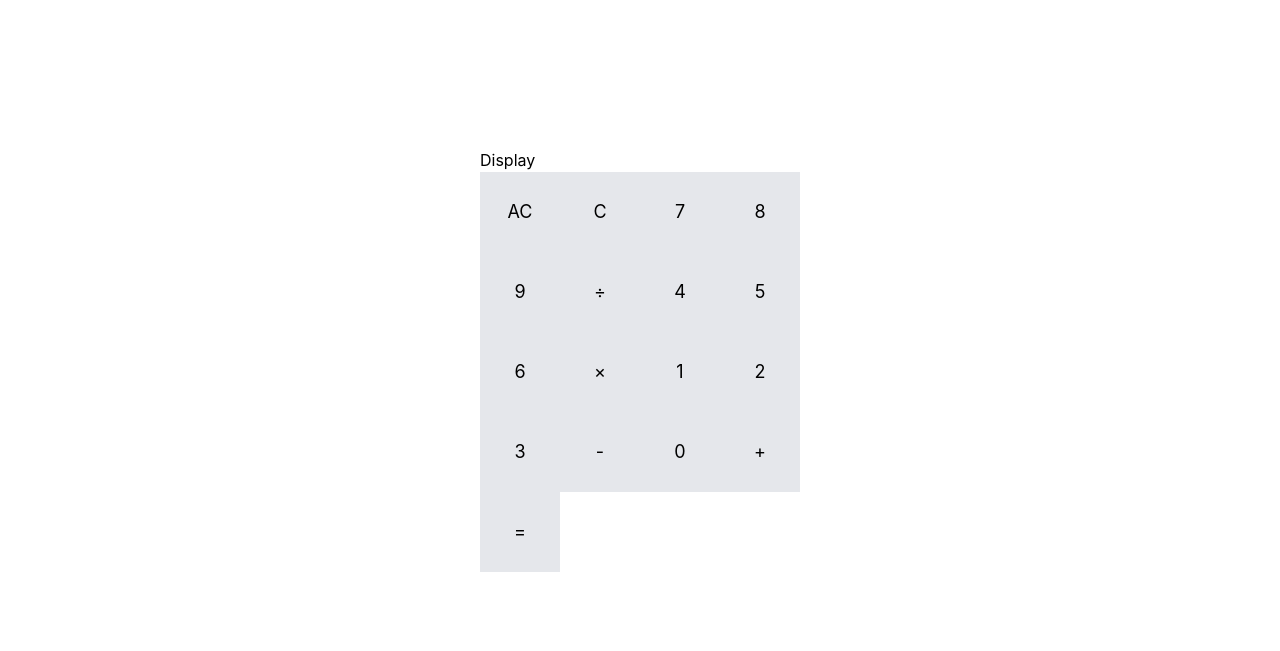
Repository: BrianPhamDev/calculator_app
Page: /
These files come from the project's save history. The page is drawn as it stood at one moment and after the next save; the edit follows.
The browser window is 1280 px wide. The pictures show the whole page.
The project was rebuilt for these pictures with package versions that can differ from the ones it lists, and the page was loaded fresh each time. Also part of the build but not shown: vite.config.js.

Above is the page before, as saved 2024-01-09 14:19:48.

### src/App.jsx
import Calculator from "./components/Calculator";

function App() {
  return (
    <>
      <div className="flex items-center justify-center w-screen h-screen">
        <Calculator></Calculator>
      </div>
    </>
  );
}

export default App;

### src/components/Calculator.jsx
import { calculatorButtons } from "../globals/calculator-button-data";

const Calculator = () => {
  return (
    <div className="">
      <h1>Display</h1>
      <div className="grid grid-cols-4">
        {calculatorButtons.map((button) => {
          return (
            <div
              key={button.className}
              className={`bg-gray-200 flex items-center justify-center w-20 h-20 hover:bg-slate-300 text-lg`}
            >
              {button.text}
            </div>
          );
        })}
      </div>
    </div>
  );
};

export default Calculator;

### src/globals/calculator-button-data.js
export const calculatorButtons = [
  {
    type: "clear",
    className: "ac",
    text: "AC",
    value: "All Clear",
  },
  {
    type: "clear",
    className: "c",
    text: "C",
    value: "Clear",
  },
  {
    type: "number",
    className: "seven",
    text: 7,
    value: 7,
  },
  {
    type: "number",
    className: "eight",
    text: 8,
    value: 8,
  },
  {
    type: "number",
    className: "nine",
    text: 9,
    value: 9,
  },
  {
    type: "operator",
    className: "divide",
    text: "\u00f7",
    value: "Divide",
  },
  {
    type: "number",
    className: "four",
    text: 4,
    value: 4,
  },
  {
    type: "number",
    className: "five",
    text: 5,
    value: 5,
  },
  {
    type: "number",
    className: "six",
    text: 6,
    value: 6,
  },
  {
    type: "operator",
    className: "multiply",
    text: "\u00d7",
    value: "Multiply",
  },
  {
    type: "number",
    className: "one",
    text: 1,
    value: 1,
  },
  {
    type: "number",
    className: "two",
    text: 2,
    value: 2,
  },
  {
    type: "number",
    className: "three",
    text: 3,
    value: 3,
  },
  {
    type: "operator",
    className: "subtract",
    text: "-",
    value: "Subtract",
  },
  {
    type: "number",
    className: "zero",
    text: 0,
    value: 0,
  },
  {
    type: "operator",
    className: "add",
    text: "+",
    value: "Add",
  },
  {
    type: "enter",
    className: "equal",
    text: "=",
    value: "Equal",
  },
];

Loaded but not shown: index.html (common file); src/main.jsx (common file); src/index.css (common file); tailwind.config.js (common file)

After the next save:
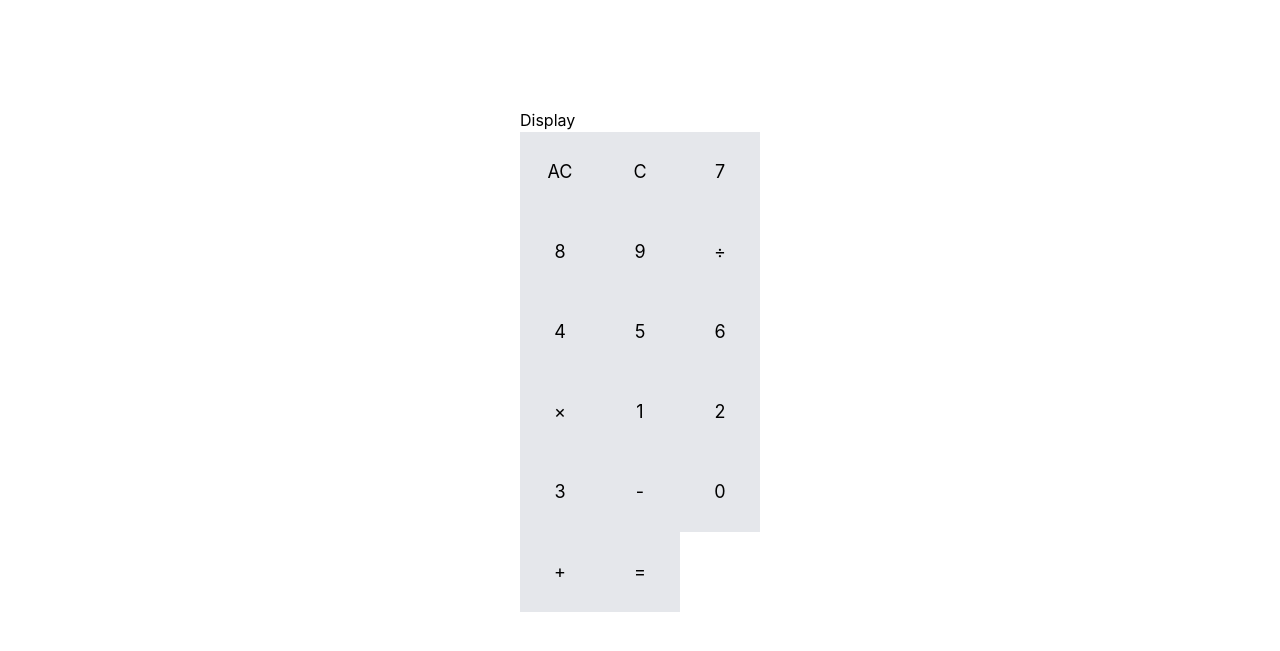
Saved 14 s later.
--- a/src/components/Calculator.jsx
+++ b/src/components/Calculator.jsx
@@ -4,7 +4,7 @@
   return (
     <div className="">
       <h1>Display</h1>
-      <div className="grid grid-cols-4">
+      <div className="grid grid-cols-3">
         {calculatorButtons.map((button) => {
           return (
             <div

After the 3 saves that followed:
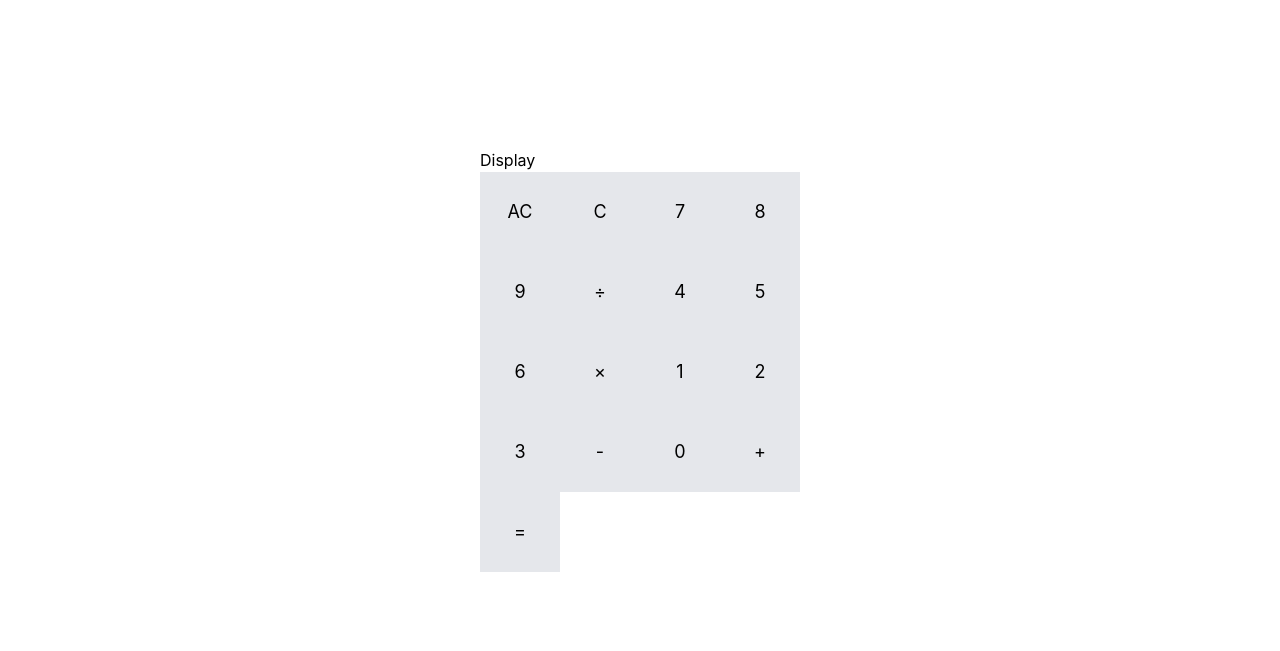
The 3 saves are shown as one change because 1 left the picture as it was and some came seconds apart.
The last was saved 14 s later.
--- a/src/components/Calculator.jsx
+++ b/src/components/Calculator.jsx
@@ -4,7 +4,7 @@
   return (
     <div className="">
       <h1>Display</h1>
-      <div className="grid grid-cols-3">
+      <div className="grid grid-cols-4">
         {calculatorButtons.map((button) => {
           return (
             <div
